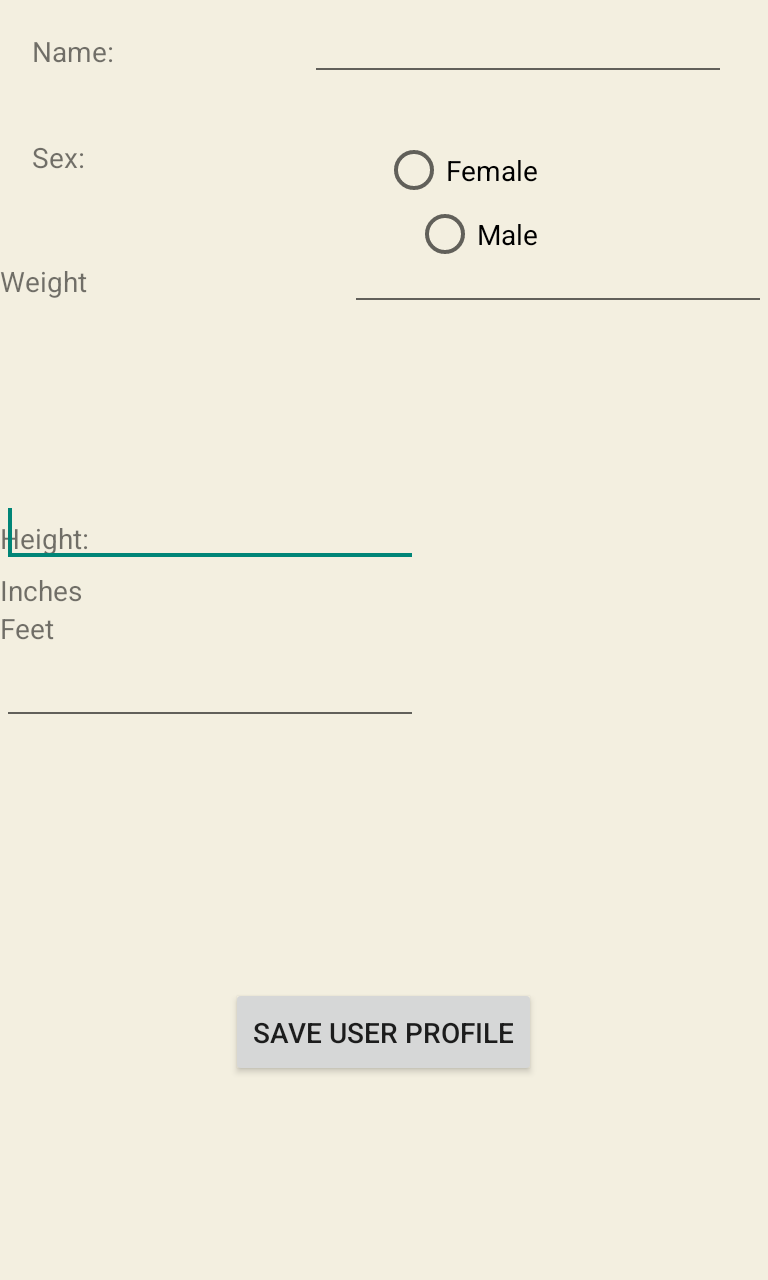
Repository: CS185Wingman/wingman
Layout: Workspace/wingman/res/layout/user_settings.xml
An editor plug-in stored every save of this project. The layout is shown before and after the next save, followed by the edit.
It is drawn on a 768 x 1280 px phone screen (xhdpi) without system bars, with theme AppTheme; the app's code is not run.

Above is the layout before, as saved 2014-06-06 05:44:50.

### Workspace/wingman/res/layout/user_settings.xml
<?xml version="1.0" encoding="utf-8"?>
<RelativeLayout xmlns:android="http://schemas.android.com/apk/res/android"
    android:layout_width="wrap_content"
    android:layout_height="wrap_content"
    android:background="@color/offwhite" >

    <TextView
        android:id="@+id/nameLabel"
        android:layout_width="wrap_content"
        android:layout_height="wrap_content"
        android:layout_alignParentLeft="true"
        android:layout_alignParentTop="true"
        android:layout_marginLeft="16dp"
        android:layout_marginTop="16dp"
        android:text="Name:" />

    <EditText
        android:id="@+id/nameField"
        android:layout_width="wrap_content"
        android:layout_height="wrap_content"
        android:layout_alignBaseline="@+id/nameLabel"
        android:layout_alignBottom="@+id/nameLabel"
        android:layout_alignParentRight="true"
        android:layout_marginRight="20dp"
        android:ems="10"
        android:inputType="textPersonName" />

    <TextView
        android:id="@+id/sexLabel"
        android:layout_width="wrap_content"
        android:layout_height="wrap_content"
        android:layout_alignLeft="@+id/nameLabel"
        android:layout_below="@+id/nameField"
        android:layout_marginTop="26dp"
        android:text="Sex:" />

    <RadioGroup
        android:layout_width="fill_parent"
        android:layout_height="wrap_content"
        android:orientation="vertical" >
    </RadioGroup>

    <TextView
        android:id="@+id/weightLabel"
        android:layout_width="wrap_content"
        android:layout_height="wrap_content"
        android:layout_alignParentLeft="true"
        android:layout_below="@+id/sexLabel"
        android:layout_marginTop="43dp"
        android:text="Weight" />

    <EditText
        android:id="@+id/weightField"
        android:layout_width="wrap_content"
        android:layout_height="wrap_content"
        android:layout_alignBaseline="@+id/weightLabel"
        android:layout_alignBottom="@+id/weightLabel"
        android:layout_alignParentRight="true"
        android:ems="10"
        android:inputType="number" >
        />
    </EditText>

    <TextView
        android:id="@+id/heightLabel"
        android:layout_width="wrap_content"
        android:layout_height="wrap_content"
        android:layout_above="@+id/feetLabel"
        android:layout_alignParentLeft="true"
        android:layout_marginBottom="26dp"
        android:text="Height:" />

    <Button
        android:id="@+id/saveSettingsButton"
        android:layout_width="wrap_content"
        android:layout_height="wrap_content"
        android:layout_alignParentBottom="true"
        android:layout_centerHorizontal="true"
        android:layout_marginBottom="100dp"
        android:onClick="saveUserSettings"
        android:text="Save User Profile" />

    <RadioButton
        android:id="@+id/femaleButton"
        android:layout_width="wrap_content"
        android:layout_height="wrap_content"
        android:layout_alignRight="@+id/saveSettingsButton"
        android:layout_alignTop="@+id/sexLabel"
        android:text="Female" />

    <RadioButton
        android:id="@+id/maleButton"
        android:layout_width="wrap_content"
        android:layout_height="wrap_content"
        android:layout_alignRight="@+id/saveSettingsButton"
        android:layout_below="@+id/femaleButton"
        android:text="Male" />

    <EditText
        android:id="@+id/heightField"
        android:layout_width="wrap_content"
        android:layout_height="wrap_content"
        android:layout_alignParentLeft="true"
        android:layout_below="@+id/weightField"
        android:layout_marginTop="86dp"
        android:ems="10"
        android:inputType="number" >

        <requestFocus />
    </EditText>

    <TextView
        android:id="@+id/inchesLabel"
        android:layout_width="wrap_content"
        android:layout_height="wrap_content"
        android:layout_alignParentLeft="true"
        android:layout_below="@+id/heightField"
        android:text="Inches" />

    <TextView
        android:id="@+id/feetLabel"
        android:layout_width="wrap_content"
        android:layout_height="wrap_content"
        android:layout_alignParentLeft="true"
        android:layout_below="@+id/inchesLabel"
        android:text="Feet" />

    <EditText
        android:id="@+id/inchesField"
        android:layout_width="wrap_content"
        android:layout_height="wrap_content"
        android:layout_alignParentLeft="true"
        android:layout_below="@+id/feetLabel"
        android:ems="10"
        android:inputType="number" />

</RelativeLayout>

### Workspace/wingman/res/values/colors.xml
<?xml version="1.0" encoding="utf-8"?>
<resources>
    <color name="red">#ff0000</color>
    <color name="green">#00ff00</color>
    <color name="orange">#ff6600</color>
    <color name="blue">#0066FF</color>
    <color name="grey">#696969</color>
    <color name="teal">#217c7e</color>
    <color name="offwhite">#f3efe0</color>
    <color name="lightblue">#3399ff</color>
    <color name="darkred">#9a3334</color>
    <color name="white">#ffffff</color>
</resources>

Loaded but not shown: Workspace/wingman/res/values/styles.xml (common file); Workspace/wingman/res/values-v11/styles.xml (common file); Workspace/wingman/res/values-v14/styles.xml (common file)

After the next save:
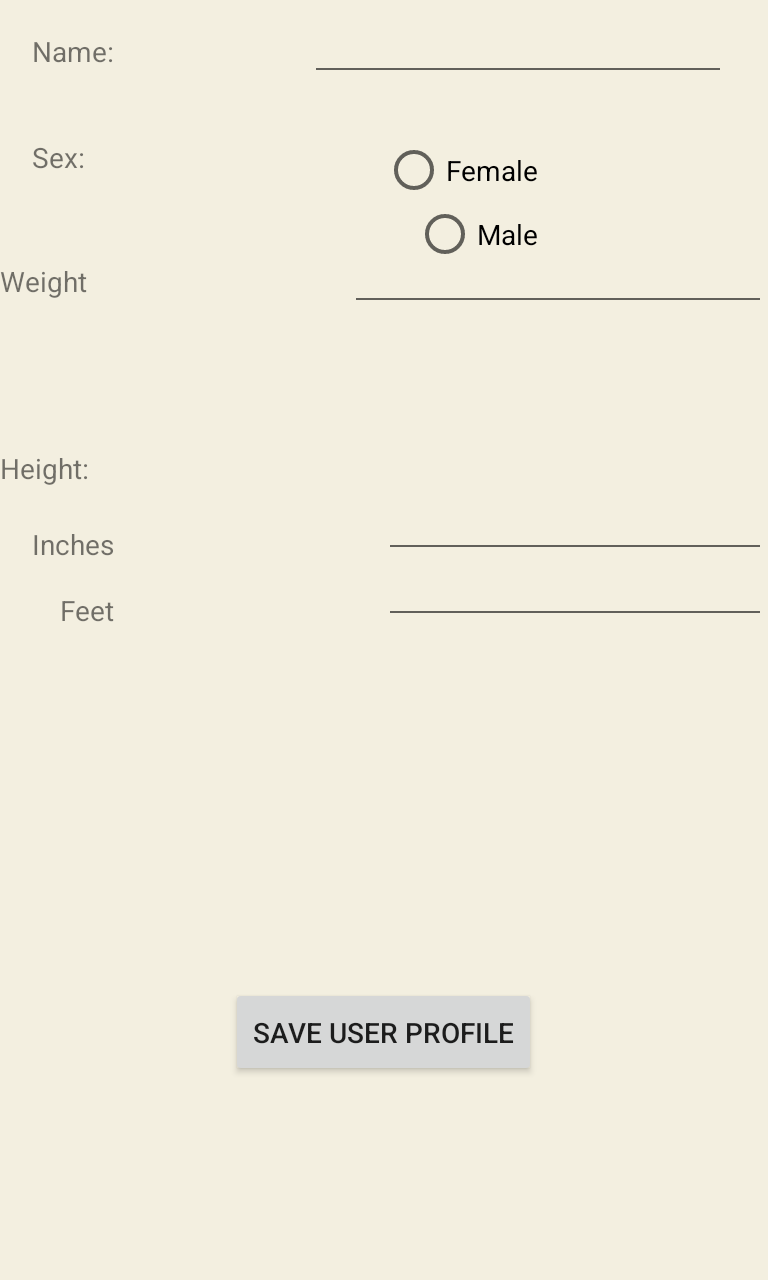
Saved 98 s later.
--- a/Workspace/wingman/res/layout/user_settings.xml
+++ b/Workspace/wingman/res/layout/user_settings.xml
@@ -61,15 +61,6 @@
         />
     </EditText>
 
-    <TextView
-        android:id="@+id/heightLabel"
-        android:layout_width="wrap_content"
-        android:layout_height="wrap_content"
-        android:layout_above="@+id/feetLabel"
-        android:layout_alignParentLeft="true"
-        android:layout_marginBottom="26dp"
-        android:text="Height:" />
-
     <Button
         android:id="@+id/saveSettingsButton"
         android:layout_width="wrap_content"
@@ -100,38 +91,45 @@
         android:id="@+id/heightField"
         android:layout_width="wrap_content"
         android:layout_height="wrap_content"
+        android:layout_alignLeft="@+id/femaleButton"
+        android:layout_below="@+id/weightField"
+        android:layout_marginTop="82dp"
+        android:ems="10"
+        android:inputType="number" />
+
+    <TextView
+        android:id="@+id/feetLabel"
+        android:layout_width="wrap_content"
+        android:layout_height="wrap_content"
+        android:layout_alignRight="@+id/nameLabel"
+        android:layout_below="@+id/inchesLabel"
+        android:layout_marginTop="14dp"
+        android:text="Feet" />
+
+    <TextView
+        android:id="@+id/heightLabel"
+        android:layout_width="wrap_content"
+        android:layout_height="wrap_content"
+        android:layout_alignBottom="@+id/heightField"
         android:layout_alignParentLeft="true"
-        android:layout_below="@+id/weightField"
-        android:layout_marginTop="86dp"
+        android:layout_marginBottom="38dp"
+        android:text="Height:" />
+
+    <EditText
+        android:id="@+id/inchesField"
+        android:layout_width="wrap_content"
+        android:layout_height="wrap_content"
+        android:layout_alignBottom="@+id/feetLabel"
+        android:layout_alignLeft="@+id/heightField"
         android:ems="10"
-        android:inputType="number" >
-
-        <requestFocus />
-    </EditText>
+        android:inputType="number" />
 
     <TextView
         android:id="@+id/inchesLabel"
         android:layout_width="wrap_content"
         android:layout_height="wrap_content"
-        android:layout_alignParentLeft="true"
-        android:layout_below="@+id/heightField"
+        android:layout_alignBottom="@+id/heightField"
+        android:layout_alignLeft="@+id/sexLabel"
         android:text="Inches" />
 
-    <TextView
-        android:id="@+id/feetLabel"
-        android:layout_width="wrap_content"
-        android:layout_height="wrap_content"
-        android:layout_alignParentLeft="true"
-        android:layout_below="@+id/inchesLabel"
-        android:text="Feet" />
-
-    <EditText
-        android:id="@+id/inchesField"
-        android:layout_width="wrap_content"
-        android:layout_height="wrap_content"
-        android:layout_alignParentLeft="true"
-        android:layout_below="@+id/feetLabel"
-        android:ems="10"
-        android:inputType="number" />
-
 </RelativeLayout>
